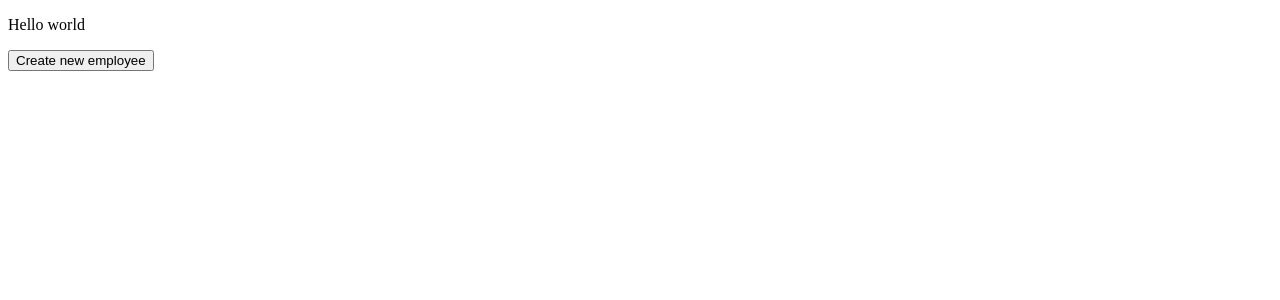
Repository: tamilnila96/Servlet
Page: http://localhost/VendorInformation/
These files come from the project's save history. The page is drawn as it stood at one moment and after the next save; the edit follows.
The browser window is 1280 px wide. The pictures show the whole page.
The page is served by Tomcat 9. Other server files are loaded and not shown.

Above is the page before, as saved 2025-05-12 06:31:03.

### VendorInformation/WebContent/index.jsp
<%@ page language="java" contentType="text/html; charset=ISO-8859-1"
    pageEncoding="ISO-8859-1"%>
<!DOCTYPE html>
<html>
<head>
<meta charset="ISO-8859-1">
<title>Insert title here</title>
</head>
<body>
<p> Hello world </p>
<div>
<a href= "/Vendor" >
<button type = "button" > Create new employee </button> <br>

</a>
</div>

</body>
</html>

After the next save:
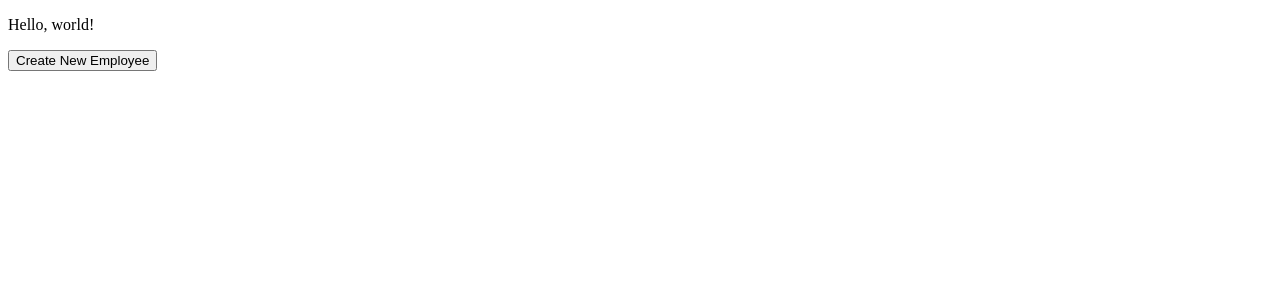
Saved 3 s later.
--- a/VendorInformation/WebContent/index.jsp
+++ b/VendorInformation/WebContent/index.jsp
@@ -1,19 +1,16 @@
-<%@ page language="java" contentType="text/html; charset=ISO-8859-1"
-    pageEncoding="ISO-8859-1"%>
+<%@ page language="java" contentType="text/html; charset=ISO-8859-1" pageEncoding="ISO-8859-1"%>
 <!DOCTYPE html>
 <html>
 <head>
-<meta charset="ISO-8859-1">
-<title>Insert title here</title>
+    <meta charset="ISO-8859-1">
+    <title>Create New Employee</title>
 </head>
 <body>
-<p> Hello world </p>
-<div>
-<a href= "/Vendor" >
-<button type = "button" > Create new employee </button> <br>
-
-</a>
-</div>
-
+    <p>Hello, world!</p>
+    <div>
+        <a href="/Vendor">
+            <button type="button">Create New Employee</button>
+        </a>
+    </div>
 </body>
 </html>
